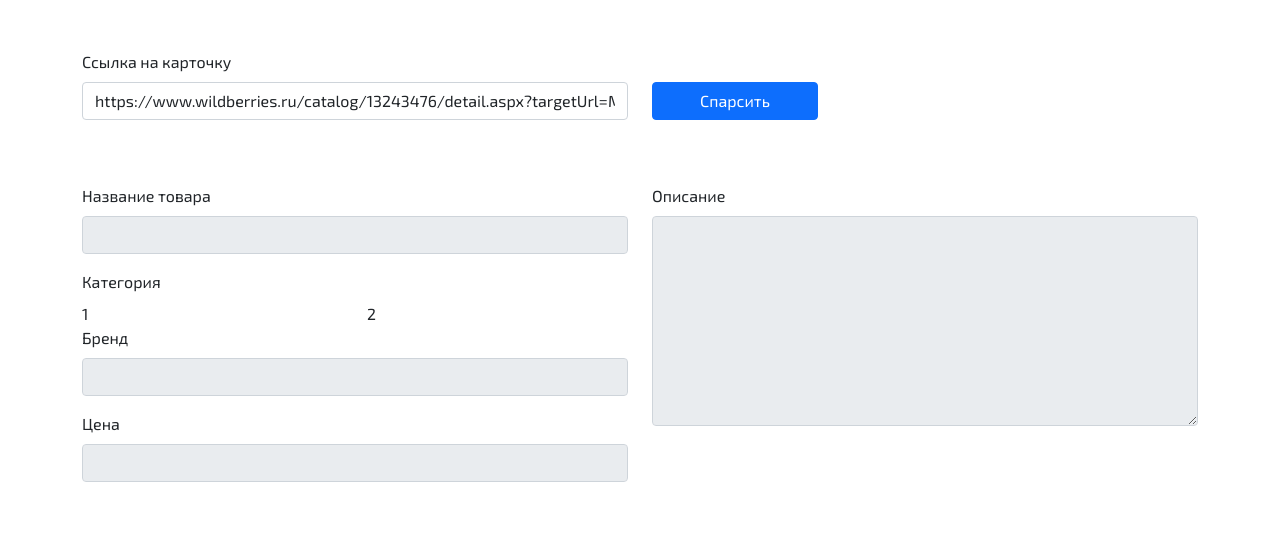
Repository: yozuul/wildberries-product-card-parser-api-exchange
Page: public/panel.html
These files come from the project's save history. The page is drawn as it stood at one moment and after the next save; the edit follows.
The browser window is 1280 px wide. The pictures show the whole page.

Above is the page before, as saved 2021-08-19 15:15:14.

After the next save:
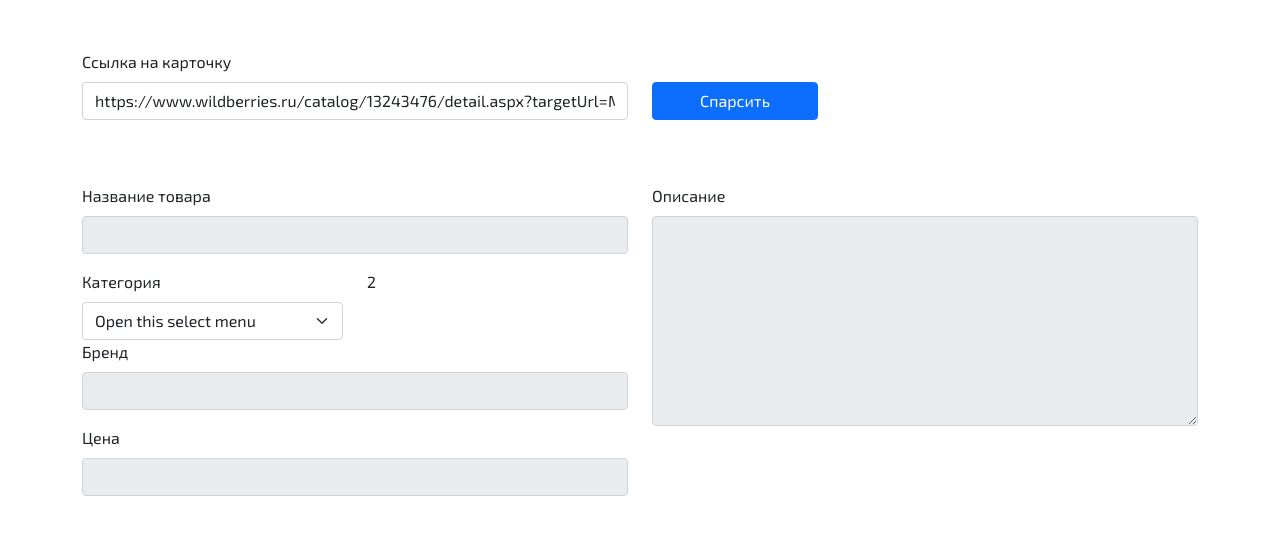
Saved 2 min 2 s later.
--- a/public/panel.html
+++ b/public/panel.html
@@ -48,10 +48,15 @@
             </div>
 
             <div class="row productProperties">
-               <div class="col-12">
+               <div class="col-6">
                   <label for="productCategory" class="form-label">Категория</label>
+                  <select class="form-select" aria-label="Default select example">
+                     <option selected>Open this select menu</option>
+                     <option value="1">One</option>
+                     <option value="2">Two</option>
+                     <option value="3">Three</option>
+                   </select>
                </div>
-               <div class="col-6">1</div>
                <div class="col-6">2</div>
             </div>
             <!-- <div class="mb-3">
